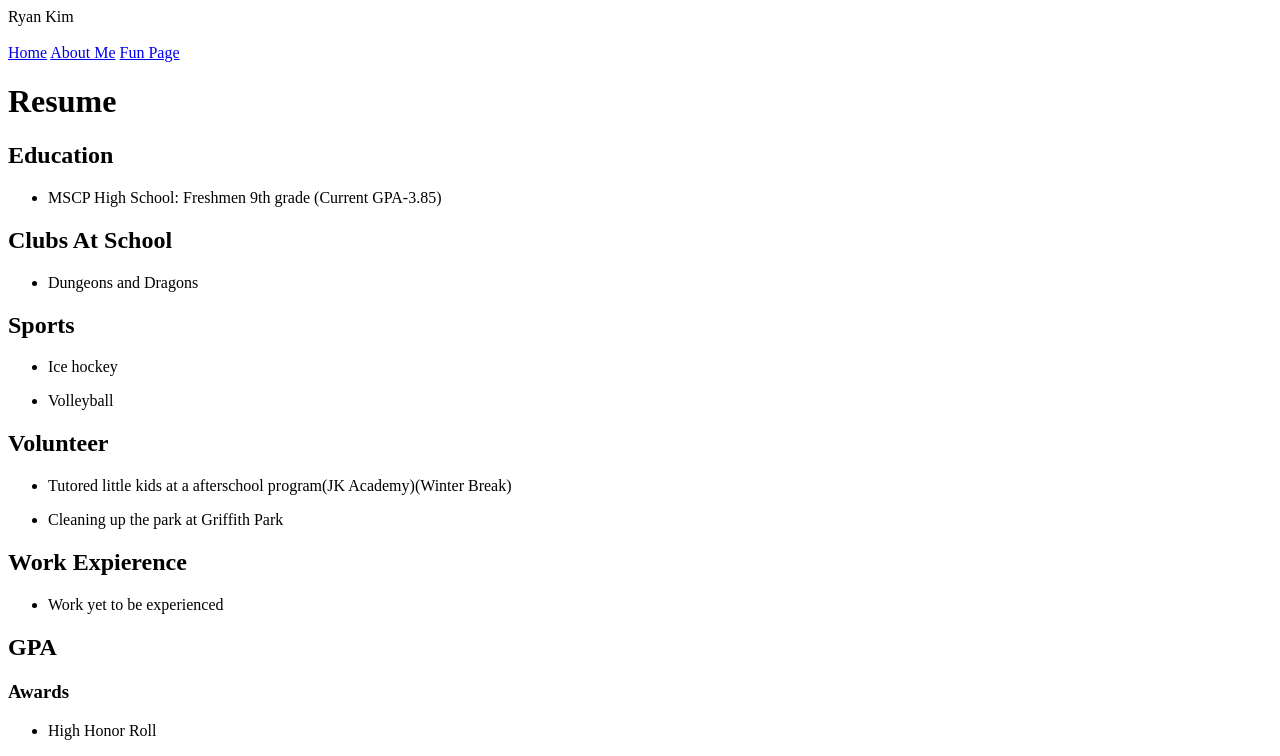
Repository: zup613/RyanKim.github.io
Page: resume.html
The author's editor kept a record of every edit. The page is drawn from the files as they stood at one moment, then again after the next edit.
The browser window is 1280 px wide. The pictures show the whole page.

Above is the page before.
Not found: whatever.css

### resume.html
<!DOCTYPE html>
<html>
    <head><link rel="stylesheet" href="whatever.css" type="text/css" />
    <link href="https://fonts.googleapis.com/css?family=Nanum+Pen+Script" rel="stylesheet">
    </head>
    <header>Ryan Kim
    <br/>
        <br /><a href="https://website-lolizupi.c9users.io/home.html">Home</a>
        <a href="https://website-lolizupi.c9users.io/aboutme.html">About Me</a>
        <a href="https://website-lolizupi.c9users.io/funpage.html">Fun Page</a></header>
        <body>
            <h1>Resume</h1>
            <h2>Education</h2>
            <ul><li>MSCP High School: Freshmen 9th grade (Current GPA-3.85)</li></ul>
            <h2>Clubs At School</h2>
            <ul><li>Dungeons and Dragons</li></ul>
            <h2>Sports</h2>
            <ul><li>Ice hockey</li></ul>
            <ul><li>Volleyball</li></ul>
            <h2>Volunteer</h3>
            <ul><li>Tutored little kids at a afterschool program(JK Academy)(Winter Break)</li></ul>
            <ul><li>Cleaning up the park at Griffith Park</li></ul>
            <h2>Work Expierence</h2>
            <ul><li>Work yet to be experienced</li></ul>
            <h2>GPA</h2>
            <h3>Awards</h3>
            <ul><li>High Honor Roll</li></ul>
        </body>

</html>

After the next edit:
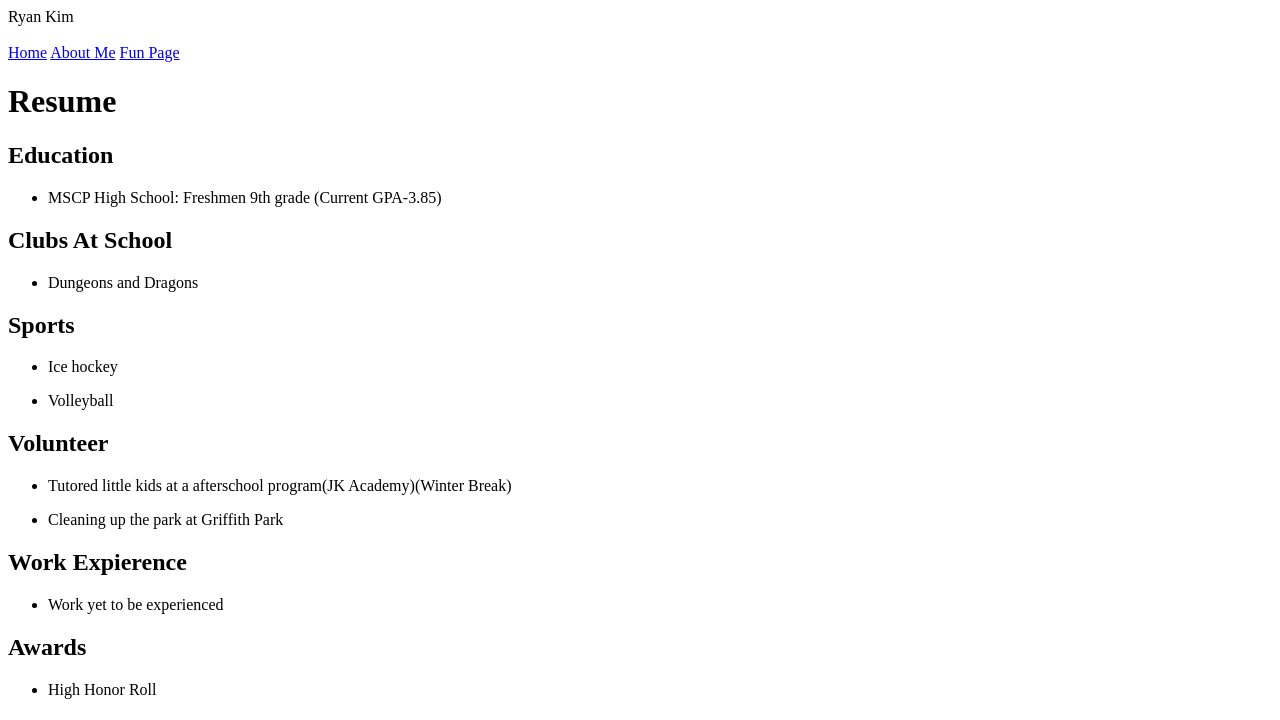
The edit:
--- a/resume.html
+++ b/resume.html
@@ -22,8 +22,7 @@
             <ul><li>Cleaning up the park at Griffith Park</li></ul>
             <h2>Work Expierence</h2>
             <ul><li>Work yet to be experienced</li></ul>
-            <h2>GPA</h2>
-            <h3>Awards</h3>
+            <h2>Awards</h2>
             <ul><li>High Honor Roll</li></ul>
         </body>
 
